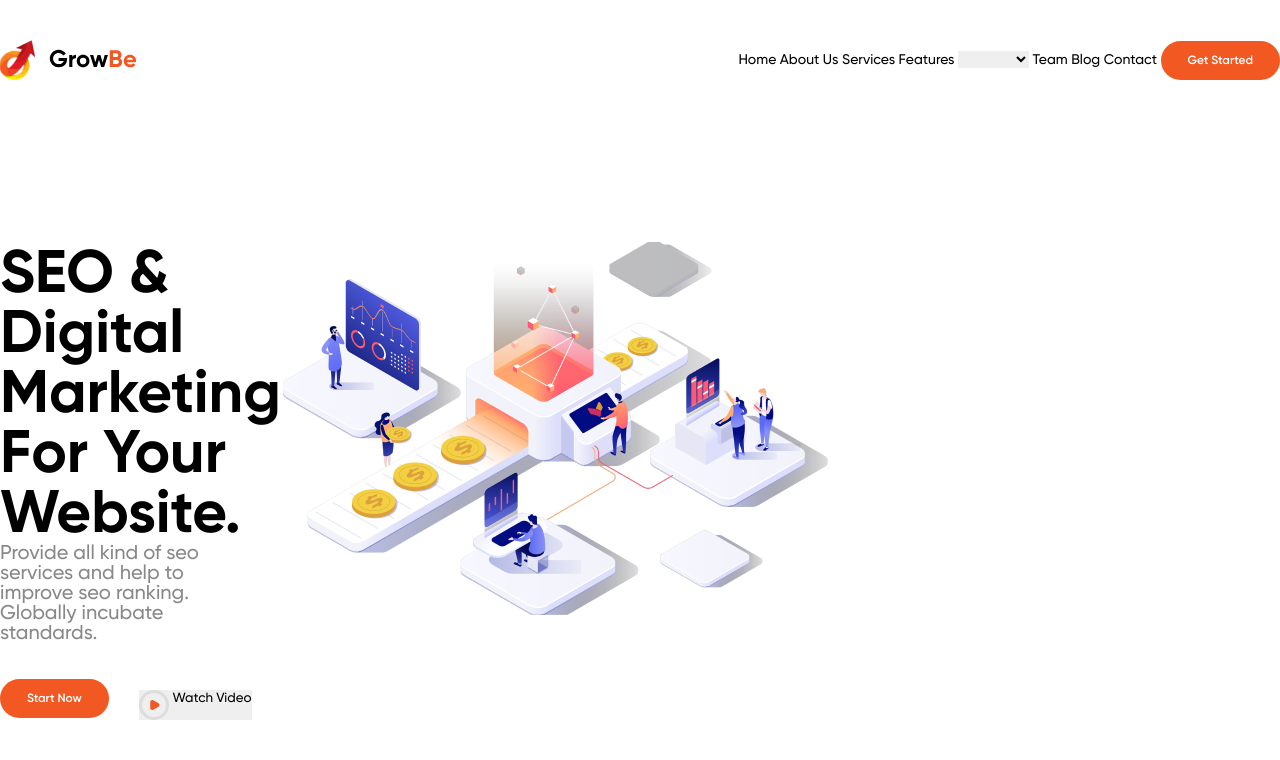
Repository: Alekseiy1980/GrowBe
Page: index.html
These files come from the project's save history. The page is drawn as it stood at one moment and after the next save; the edit follows.
The browser window is 1280 px wide. The pictures show the whole page.

Above is the page before, as saved 2024-01-20 13:51:54.

### index.html
<!DOCTYPE html>
<html lang="en">
<head>
    <meta charset="UTF-8">
    <meta name="viewport" content="width=device-width, initial-scale=1.0">

    <link rel="stylesheet" href="css/reset.css">
    <link rel="stylesheet" href="css/style.css">
    <title>GrowBe</title>
</head>
<body>
    <header>
        <div class="menu_bar">
            <div class="logo">
                <a class="logo-link" href="#">
                    <img src="/img/Logo.svg"  />
                </a>
            </div>
            <nav>
                <a class="menu menu_activ" href="@">Home</a>
                <a class="menu" href="@"> About Us</a>
                <a class="menu" href="@">Services</a>
                <label class="menu menu_label" for="pet-select">Features</label>
                    <select name="pets" id="pet-select">
                    <option value=""></option>
                    <option value="dog">Dog</option>
                    <option value="cat">Cat</option>
                    <option value="hamster">Hamster</option>
                    <option value="parrot">Parrot</option>
                    <option value="spider">Spider</option>
                    <option value="goldfish">Goldfish</option>
                    </select>

                <a class="menu" href="@">Team</a>
                <a class="menu" href="@">Blog</a>
                <a class="menu" href="@">Contact</a>
                <button class="btn_menu" type="button">Get Started</button>
            </nav>
        </div>


        <div class="home_meta">
            <div class="nome_content">
                <div class="home_title">
                    <h1>SEO & Digital <span>Marketing</span>  For Your Website.</>
                </div>
            <div class="sub_title">
                <p>Provide all kind of seo services and help to improve seo ranking. Globally incubate standards.</p>
            </div>
            <div class="btn_meta">
                <button class="btn_menu" type="button">Start Now</button>
                <button class="btn_video" type="button">
                        <img
                            src="img/play.svg"
                            alt="play"
                            />
                    Watch Video</button>
            </div>
            </div>
            <div class="home_img">
                <img src="img/home_Image.png" alt="">
            </div>
        </div>
    </header>
</body>
</html>

### css/reset.css

* {
    padding: 0;
    margin: 0;
    border: 0;
}

*,
*::before,
*::after {
    -moz-box-sizing: border-box;
    -webkit-box-sizing: border-box;
    box-sizing: border-box;
}

:focus,
:active {
    outline: none;
}

a:focus,
a:active {
    outline: none;
}

nav,
footer,
header,
aside {
    display: block;
}

html,
body {
    height: 100%;
    width: 100%;
    font-size: 100%;
    line-height: 1;
    font-size: 14px;
    -ms-text-size-adjust: 100%;
    -moz-text-size-adjust: 100%;
    -webkit-text-size-adjust: 100%;
}

input,
button,
textarea {
    font-family: inherit;
}

input::-ms-clear {
    display: none;
}

button {
    cursor: pointer;
}

button::-moz-focus-inner {
    padding: 0;
    border: 0;
}

a,
a:visited {
    text-decoration: none;
}

a:hover {
    text-decoration: none;
}

ul li {
    list-style: none;
}

img {
    vertical-align: top;
}

h1,
h2,
h3,
h4,
h5,
h6 {
    font-size: inherit;
    font-weight: 400;
}

### css/style.css
@font-face {
	font-family: 'Gilroy-Bold';
	src: url(/fonts/Gilroy-Bold.ttf);
}


@font-face {
	font-family: 'Gilroy-Medium';
	src: url(/fonts/Gilroy-Medium.ttf);
}
@font-face{
    font-family: 'Gilroy_Regular';
    src: url(/fonts/Gilroy-Regular.ttf);
}

@font-face{
    font-family: 'Gilroy-SemiBold';
    src: url(/fonts/Gilroy-SemiBold.ttf);
}
body{
    font-family: Gilroy-Medium;
    font-size: 14px;
    font-weight: 400;
    background: #FFF;
}

header {
    max-width: 1920px;
    margin: 0 auto;
}
.menu_bar{
    display: flex;
    justify-content: space-between;
    align-items: center;
    margin-top: 40px;
    height: 40px;
}

.logo{
    width: 137px;
    height: 40px;
}

.menu{
    color: #000;
    padding-top: 11px;
    padding-bottom: 12px;


}

.menu:hover{
    color: #F25822;
    font-family: Gilroy-SemiBold;
}

.btn_menu{
    color: #FFF;
    font-family: Gilroy-SemiBold;
    font-size: 12px;
    border-radius: 30px;
    background: #F25822;
    padding:12px 27px 13px;
}

.btn_menu:hover{
    background: #f84504;
}


.home_meta{
    margin-top: 82px;
    display: flex;
    width: 522px;
    margin-bottom: 17px;
    padding-right: 40px;
    padding-top: 80px;
}

.home_content{
    justify-content: center;
    white-space: pre-wrap;

}

.home_title{
    color: #000;
    font-family: Gilroy-Bold;
    font-size: 60px;



}

.sub_title{
    color: #888;
    font-size: 20px;
    padding-right: 36px;
    margin-bottom: 37px;
}

.home_ing{
    width: 544px;
}
.btn_video{
    margin-left: 27px;
}

After the next save:
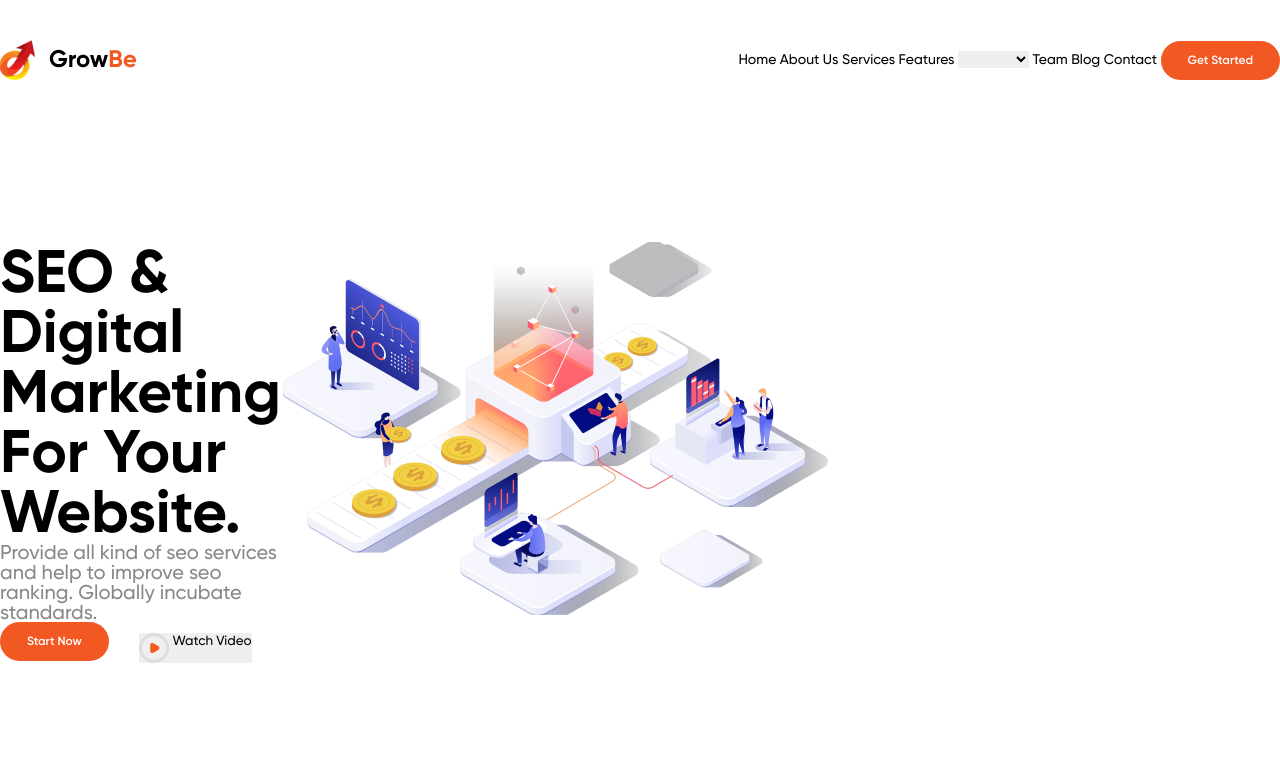
Saved 2 min 2 s later.
--- a/css/style.css
+++ b/css/style.css
@@ -95,8 +95,8 @@ header {
 .sub_title{
     color: #888;
     font-size: 20px;
-    padding-right: 36px;
-    margin-bottom: 37px;
+    /* padding-right: 36px;
+    margin-bottom: 37px; */
 }
 
 .home_ing{
